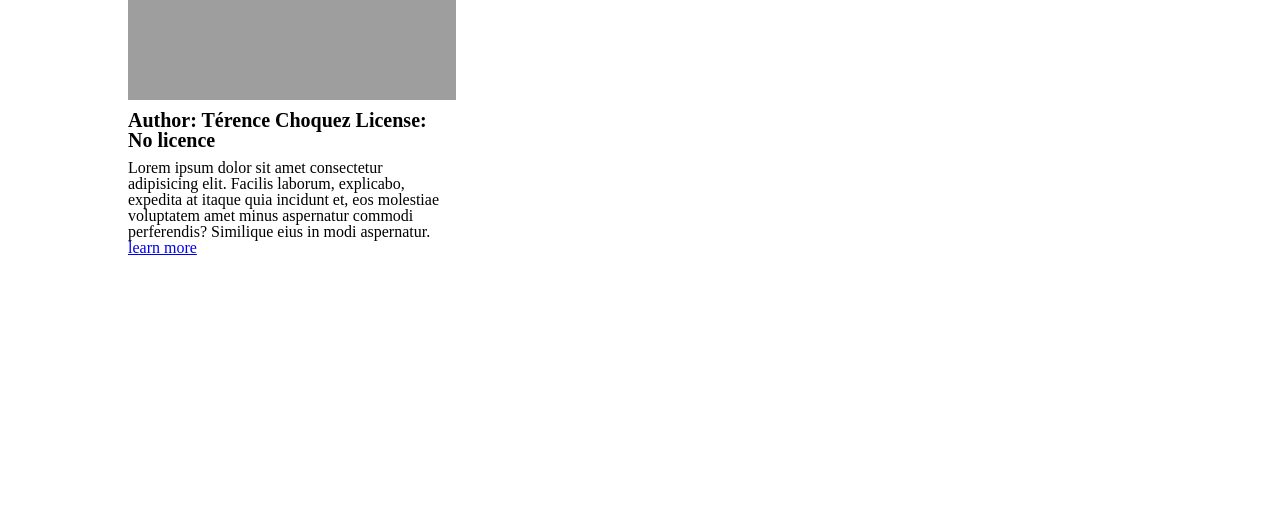
Repository: dinhhaidh/subgrid
Page: index.html
An editor plug-in stored every save of this project. The page is shown before and after a run of saves, followed by the edit.
The browser window is 1280 px wide. The pictures show the part of the page from y = 220 to 740 px (the page is 740 px tall).
Pictures or frames that could not be fetched are drawn as grey boxes.

Above is the page before, as saved 2024-01-08 15:22:42.

### index.html
<!DOCTYPE html>
<html lang="en">
<head>
    <meta charset="UTF-8">
    <meta name="viewport" content="width=device-width, initial-scale=1.0">
    <title>Document</title>
    <link rel="stylesheet" href="style.css">
</head>
<body>
    <div class="card-list">
        <div class="card">
            <div class="card-image">
                <img src="https://images.unsplash.com/photo-1506946526854-9aad1ec915cb?q=80&w=1887&auto=format&fit=crop&ixlib=rb-4.0.3&ixid=M3wxMjA3fDB8MHxwaG90by1wYWdlfHx8fGVufDB8fHx8fA%3D%3D" alt="">
            </div>
            <h3 class="card-title">Author: Térence Choquez License: No licence</h3>
            <p class="card-desc">Lorem ipsum dolor sit amet consectetur adipisicing elit. Facilis laborum, explicabo, expedita at itaque quia incidunt et, eos molestiae voluptatem amet minus aspernatur commodi perferendis? Similique eius in modi aspernatur.
            </p>
            <a href="#" class="card-more">learn more</a>
        </div>
    </div>
</body>
</html>

### style.css
*,
*:before,
*:after {
  box-sizing: border-box;
}
* {
  margin: 0;
  padding: 0;
  font: inherit;
}
img,
picture,
svg,
video {
  display: block;
  max-width: 100%;
}
input,
select,
textarea {
  background-color: transparent;
  outline: none;
}
button {
  cursor: pointer;
  background-color: transparent;
  outline: none;
  border: 0;
}
body {
  min-height: 100vh;
  font-weight: 400;
  font-size: 16px;
  line-height: 1;
}
.card-list{
    display: grid;
    grid-template-columns: repeat(3, minmax(0, 1fr));
    gap: 20px;
    max-width: 1024px;
    margin: 20px auto;
}
.card-image{
    height: 300px;
}
.card-image img {
    width: 100%;
    height: 100%;
    object-fit: cover;
}
.card-title{
    font-size: 20px;
    font-weight: 600;
    margin-bottom: 10px;
    margin-top: 10px;
}

After the next 3 saves:
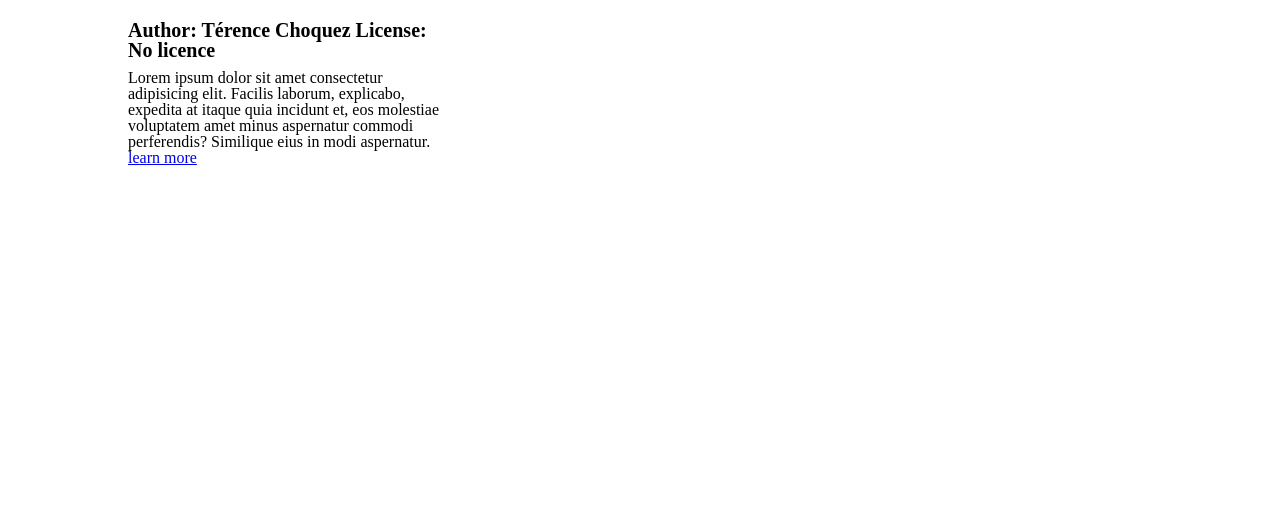
The 3 saves are shown as one change because they came seconds apart.
The last was saved 26 s later.
--- a/style.css
+++ b/style.css
@@ -41,7 +41,8 @@ body {
     margin: 20px auto;
 }
 .card-image{
-    height: 300px;
+    height: 200px;
+    margin-bottom: 20px;
 }
 .card-image img {
     width: 100%;
